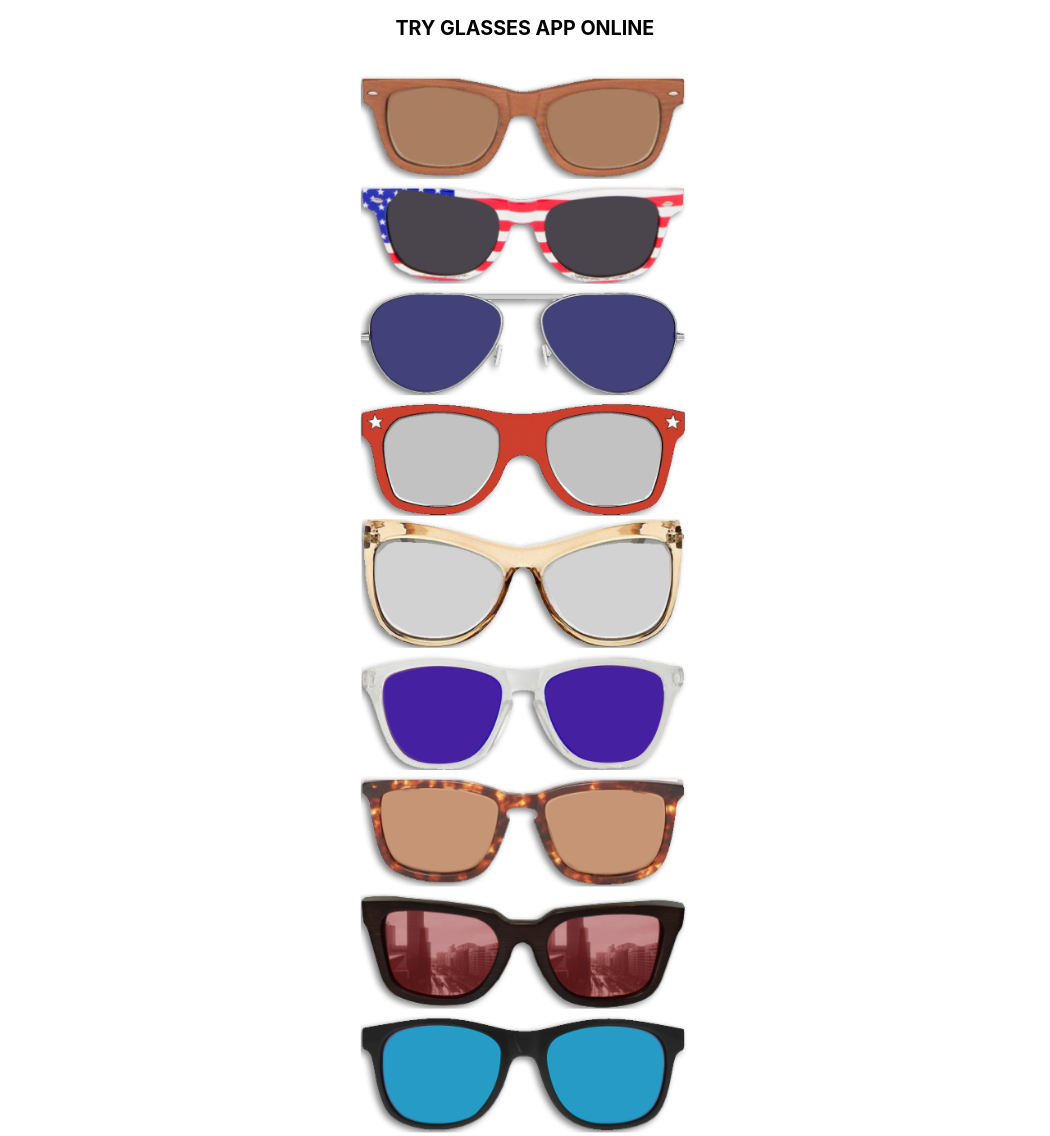
Repository: phongthanhh/ChoseGlass
Page: /
An editor plug-in stored every save of this project. The page is shown before and after the next save, followed by the edit.
The browser window is 1280 px wide. The pictures show the whole page, at 82% of full size.
The project was rebuilt for these pictures with package versions that can differ from the ones it lists, and the page was loaded fresh each time.

Above is the page before, as saved 2022-12-25 15:25:18.

### src/App.js
import logo from './logo.svg';
import './App.css';
import BTGlass from './ChoseGlass/BTGlass';

function App() {
  return (
    <div className="App">
      <BTGlass />
    </div>
  );
}

export default App;

### src/ChoseGlass/BTGlass.jsx
import React, { Component } from 'react';

class BTGlass extends Component {

    listGlass = [
        {
            "id": 1,
            "price": 30,
            "name": "GUCCI G8850U",
            "url": "./img/v1.png",
            "desc": "Light pink square lenses define these sunglasses, ending with amother of pearl effect tip. "
        },
        {
            "id": 2,
            "price": 50,
            "name": "GUCCI G8759H",
            "url": "./img/v2.png",
            "desc": "Light pink square lenses define these sunglasses, ending with amother of pearl effect tip. "
        },
        {
            "id": 3,
            "price": 30,
            "name": "DIOR D6700HQ",
            "url": "./img/v3.png",
            "desc": "Light pink square lenses define these sunglasses, ending with amother of pearl effect tip. "
        },
        {
            "id": 4,
            "price": 70,
            "name": "DIOR D6005U",
            "url": "./img/v4.png",
            "desc": "Light pink square lenses define these sunglasses, ending with amother of pearl effect tip. "
        },
        {
            "id": 5,
            "price": 40,
            "name": "PRADA P8750",
            "url": "./img/v5.png",
            "desc": "Light pink square lenses define these sunglasses, ending with amother of pearl effect tip. "
        },
        {
            "id": 6,
            "price": 60,
            "name": "PRADA P9700",
            "url": "./img/v6.png",
            "desc": "Light pink square lenses define these sunglasses, ending with amother of pearl effect tip. "
        },
        {
            "id": 7,
            "price": 80,
            "name": "FENDI F8750",
            "url": "./img/v7.png",
            "desc": "Light pink square lenses define these sunglasses, ending with amother of pearl effect tip. "
        },
        {
            "id": 8,
            "price": 100,
            "name": "FENDI F8500",
            "url": "./img/v8.png",
            "desc": "Light pink square lenses define these sunglasses, ending with amother of pearl effect tip. "
        },
        {
            "id": 9,
            "price": 60,
            "name": "FENDI F4300",
            "url": "./img/v9.png",
            "desc": "Light pink square lenses define these sunglasses, ending with amother of pearl effect tip. "
        }
    ]

    renderListGlass = () => {
        return this.listGlass.map(glass => {
            return (
                <div className="col-2">
                    <img src={glass.url} alt="" />
                </div>
            )
        })
    }


    render() {
        return (
            <div>
                <section className='main'>
                    <h2>TRY GLASSES APP ONLINE</h2>
                    <div className="item">
                        <div className="row">
                            <div className="col-6">

                            </div>
                            <div className="col-6">
                                <img src="" alt="" />
                            </div>
                        </div>
                        <div className="row">
                            {this.renderListGlass()}
                        </div>
                    </div>
                </section>
            </div>
        );
    }
}

export default BTGlass;

Loaded but not shown: public/index.html (common file); src/index.js (common file); src/index.css (common file); src/reportWebVitals.js (common file); src/App.css (common file)

After the next save:
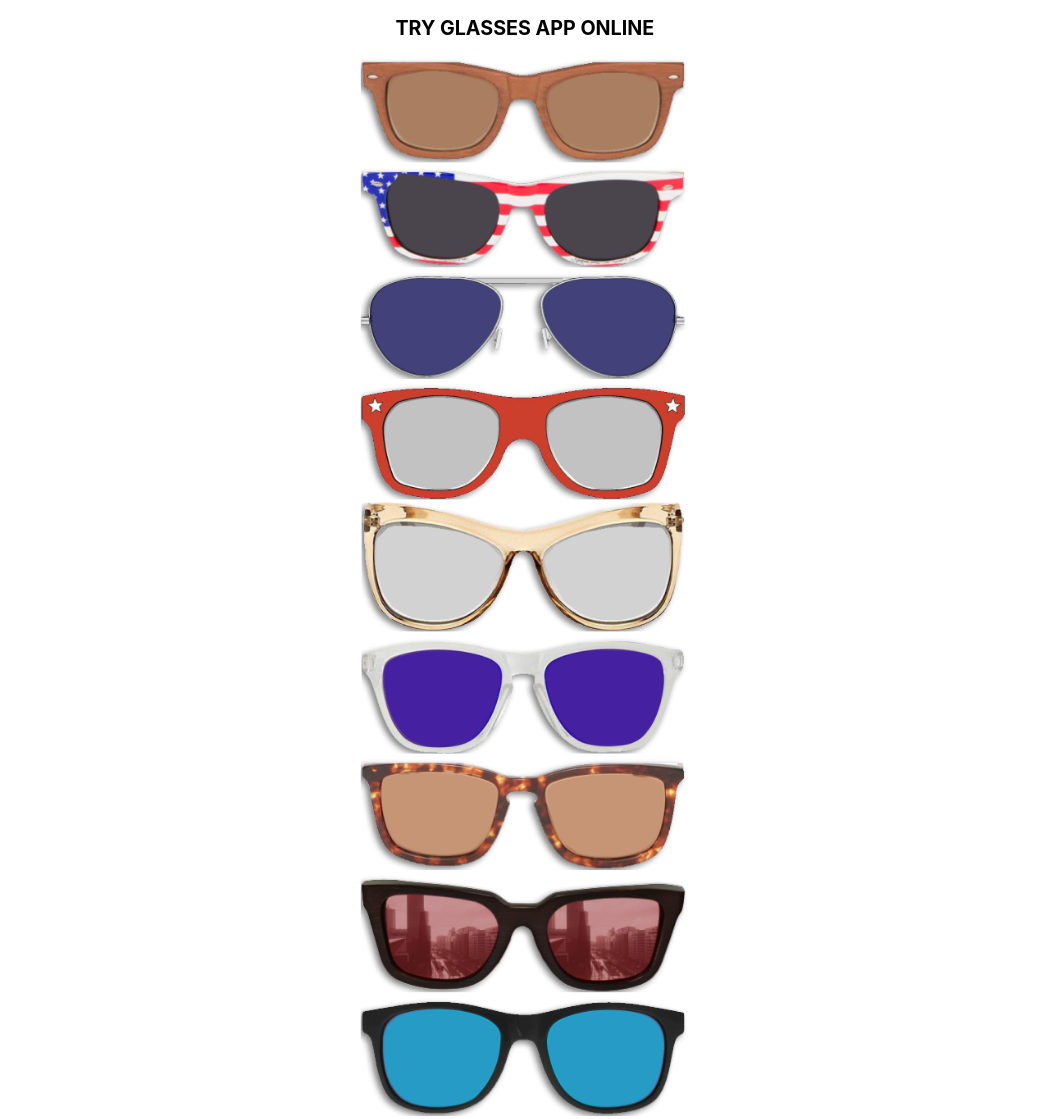
Saved 89 s later.
--- a/src/ChoseGlass/BTGlass.jsx
+++ b/src/ChoseGlass/BTGlass.jsx
@@ -85,14 +85,14 @@
                 <section className='main'>
                     <h2>TRY GLASSES APP ONLINE</h2>
                     <div className="item">
-                        <div className="row">
+                        {/* <div className="row">
                             <div className="col-6">
 
                             </div>
                             <div className="col-6">
                                 <img src="" alt="" />
                             </div>
-                        </div>
+                        </div> */}
                         <div className="row">
                             {this.renderListGlass()}
                         </div>
